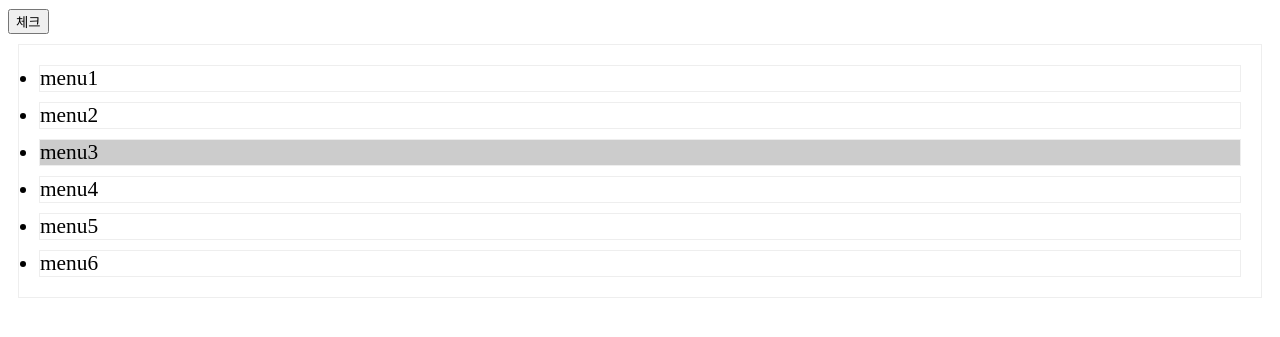
Repository: swc0516s/EZEN-JS
Page: JavaScript Workspace Lecture/JavaScript_jQuery_03/WebContent/Chapter04/4_13.html
The author's editor kept a copy of each file at every save. The page is drawn from the files as they stood at one save, then again after the next save.
The browser window is 1280 px wide. The pictures show the whole page.
After loading, the first visible `li` was clicked once.

Above is the page before, as saved 2022-03-18 07:13:00.

After the next save:
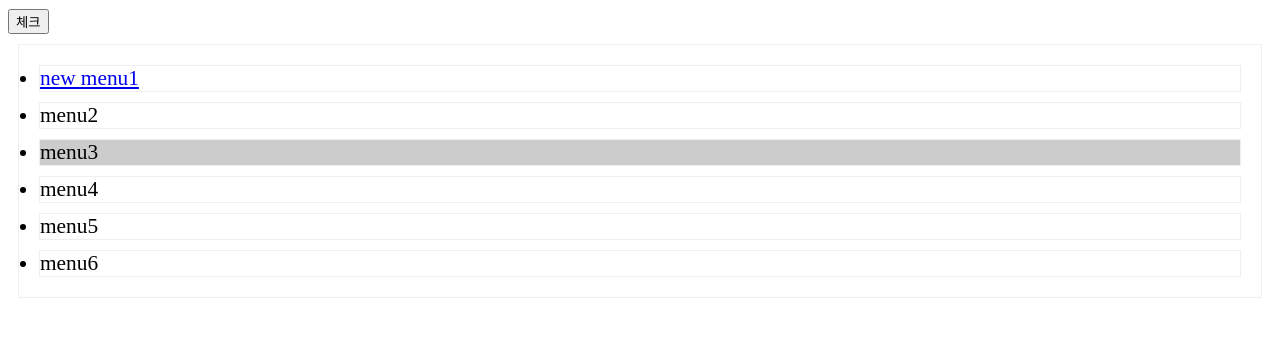
Saved 14 s later.
--- a/JavaScript Workspace Lecture/JavaScript_jQuery_03/WebContent/Chapter04/4_13.html
+++ b/JavaScript Workspace Lecture/JavaScript_jQuery_03/WebContent/Chapter04/4_13.html
@@ -25,13 +25,24 @@ li.select {
 <script type="text/javascript" src="../libs/jquery-3.6.0.min.js"></script>
 <script type="text/javascript">
 	// 체
-	$(document).ready(function() {
-		$("ul.menu li").click(function() {
-
-
-
-		});
-	});
+	$(document)
+			.ready(
+					function() {
+						$("ul.menu li")
+								.click(
+										function() {
+											$(this).html(
+													"<a href='http://www.webdongne.com'>new menu"
+															+ (1 + $(this)
+																	.index()));
+											// 또는
+											var $item = $(this);
+											$item
+													.html("<a href='http://www.webdongne.com'>new menu"
+															+ (1 + $item
+																	.index()));
+										})
+					});
 </script>
 </head>
 <body>
